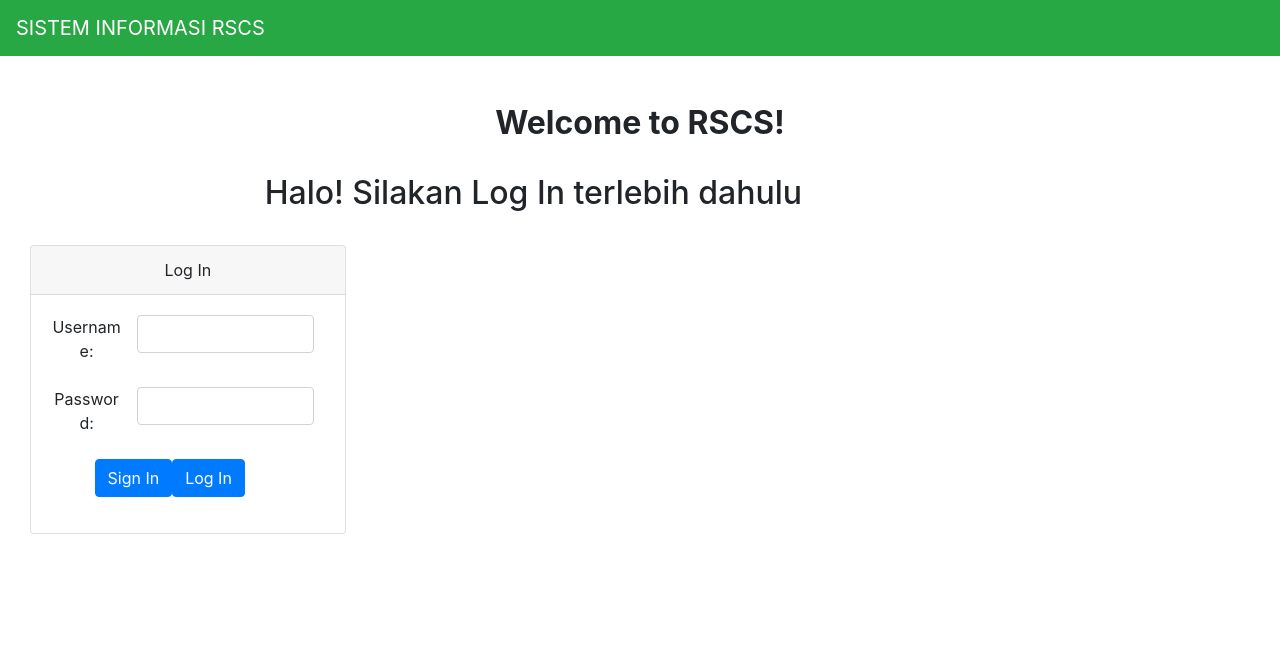
Repository: usamah1707/Tugas-Akhir-Kelompok-6
Page: http://localhost/login
These files come from the project's save history. The page is drawn as it stood at one moment and after the next save; the edit follows.
The browser window is 1280 px wide. The pictures show the whole page.
The page is this project's Thymeleaf template; nobody is signed in. The template is opened directly, without the code that normally fills it, so the values that code supplies are empty.

Above is the page before, as saved 2019-06-04 06:01:37.

After the next save:
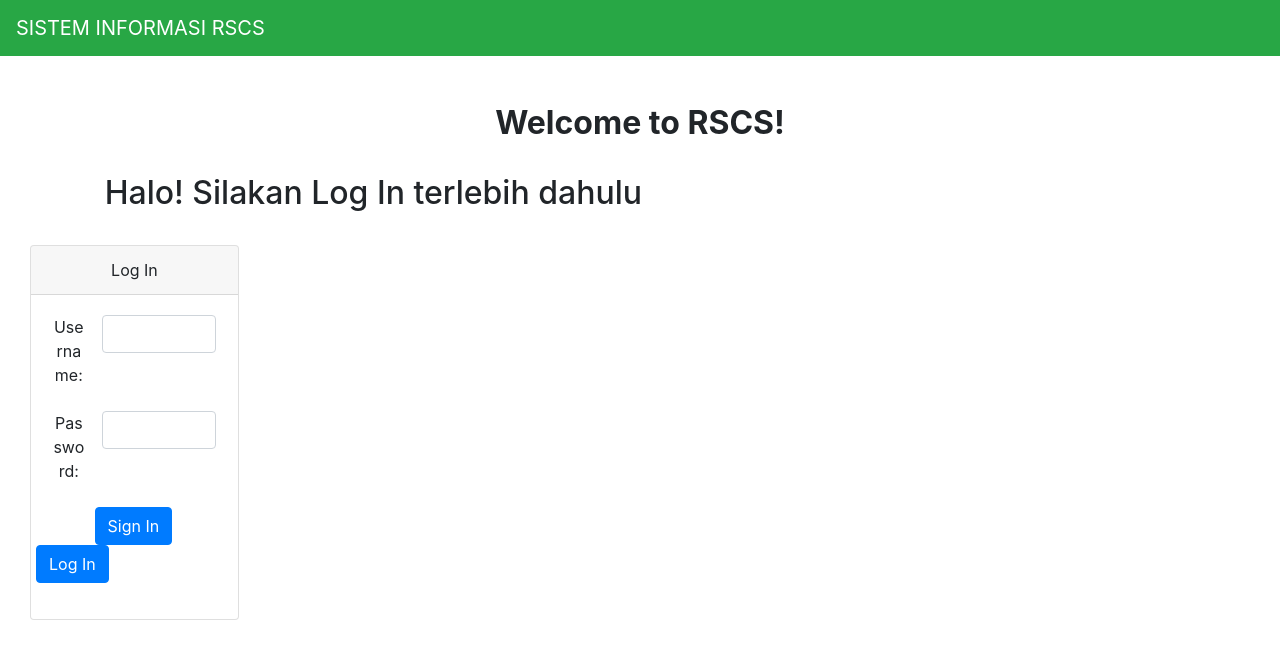
Saved 7 s later.
--- a/TA_6/src/main/resources/templates/login.html
+++ b/TA_6/src/main/resources/templates/login.html
@@ -22,7 +22,7 @@
       &nbsp  <h2 align = "center"><strong>Welcome to RSCS!</strong></h2>
         <br>
         <div class="row" align = "center">
-            <div class="col-md-10">
+            <div class="col-md-7">
 
     <div class="container-fluid">
         <h2 align = "center">Halo! Silakan Log In terlebih dahulu</h2>
